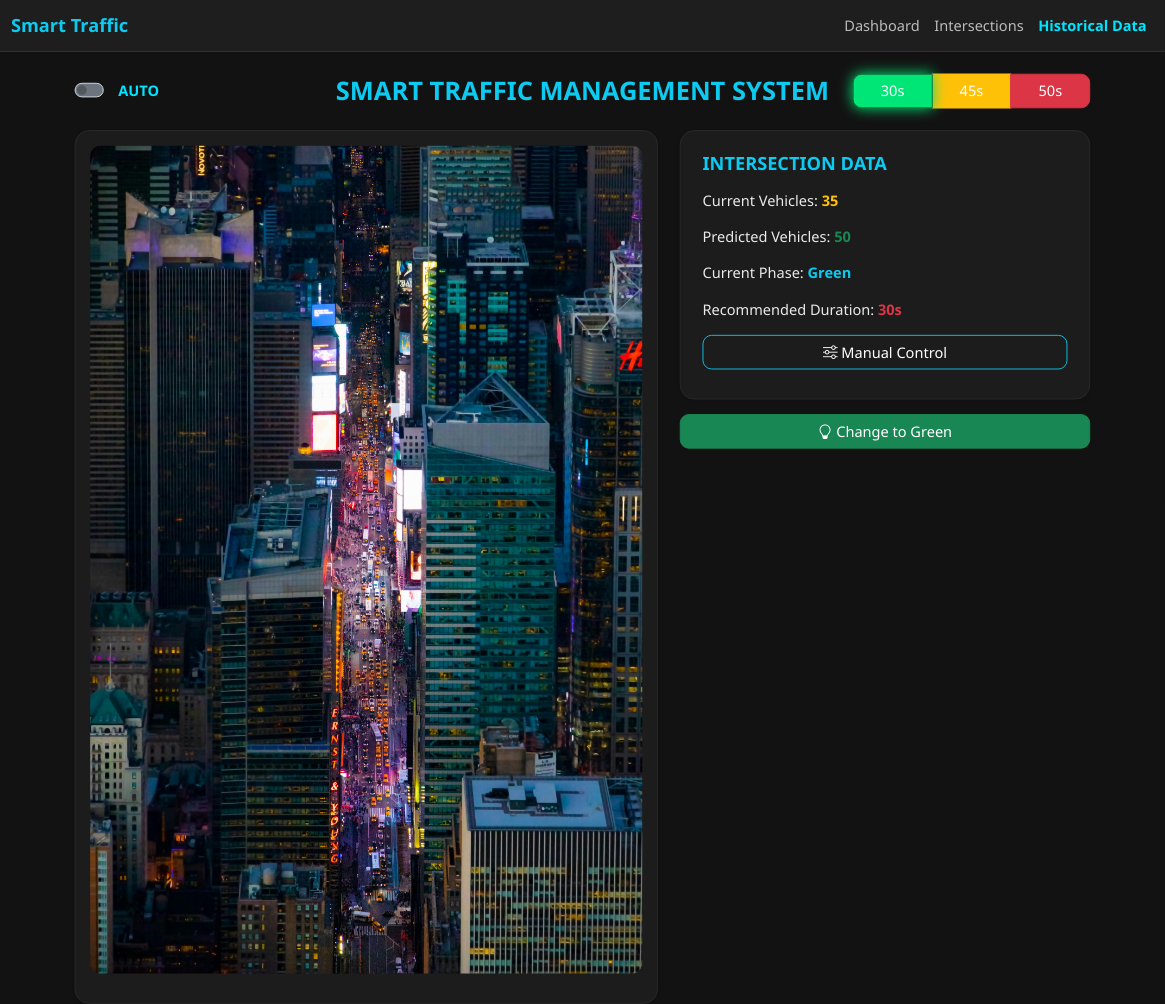
Repository: ayushkrpal/traffic-dashboard
Page: http://localhost/intersections
These files come from the project's save history. The page is drawn as it stood at one moment and after the next save; the edit follows.
The browser window is 1280 px wide. The pictures show the whole page, at 91% of full size.
The page is served by the project's Node server (server.js). Other server files are loaded and not shown.

Above is the page before, as saved 2025-09-02 15:56:50.

### views/intersections.ejs
<!DOCTYPE html>
<html lang="en">
<head>
  <meta charset="UTF-8">
  <title>Intersections</title>
  <link href="https://cdn.jsdelivr.net/npm/bootstrap@5.3.0/dist/css/bootstrap.min.css" rel="stylesheet">
  <link href="https://cdn.jsdelivr.net/npm/bootstrap-icons/font/bootstrap-icons.css" rel="stylesheet">

  <style>
    body {
      background-color: #121212;
      color: #eaeaea;  /* brighter text */
      font-family: 'Segoe UI', sans-serif;
    }

    /* Navbar */
    .navbar {
      background: #1e1e1e;
      border-bottom: 1px solid #333;
    }
    .navbar-brand {
      font-weight: bold;
    }
    .nav-link {
      color: #bbb !important;
      transition: color 0.2s ease;
    }
    .nav-link:hover {
      color: #ffffff !important;
    }
    .nav-link.active {
      color: #00e5ff !important;
      font-weight: bold;
    }

    /* Cards */
    .card {
      background: #1c1c1c;
      border-radius: 16px;
      border: 1px solid #2a2a2a;
      box-shadow: 0 4px 20px rgba(0,0,0,0.7);
      color: #eaeaea;
    }

    /* Intersection image */
.intersection-img {
  height: 100%;          /* card takes full height */
  display: flex;         /* center the image */
  align-items: center;
  justify-content: center;
}

.intersection-img img {
  width: 100%;           /* fill card’s width */
  height: 100%;          /* fill card’s height */
  object-fit: cover;     /* cover the card while preserving aspect ratio */
  border-radius: 12px;   /* match card corners */
  transition: transform 0.3s ease;
}

.intersection-img img:hover {
  transform: scale(1.02); /* subtle zoom */
}




    /* Buttons */
    .btn-custom {
      border-radius: 10px;
      transition: all 0.3s ease;
      font-weight: 500;
      color: #fff !important;
    }
    .btn-custom:hover {
      transform: translateY(-2px);
      box-shadow: 0 6px 16px rgba(0,0,0,0.6);
    }

    /* Signal buttons */
    .btn-success.active {
      background: #00e676 !important;
      box-shadow: 0 0 15px #00e676;
    }
    .btn-warning.active {
      background: #ffc107 !important;   /* darker amber instead of bright yellow */
      color: #000 !important;
      box-shadow: 0 0 15px #ffc107;
    }
    .btn-danger.active {
      background: #ff1744 !important;
      box-shadow: 0 0 15px #ff1744;
    }

    /* Toggle label */
    #modeLabel {
      font-weight: bold;
    }
    #modeLabel.text-primary { color: #00e5ff !important; }
    #modeLabel.text-danger { color: #ff4081 !important; }
  </style>
</head>

<body>

  <!-- Navbar -->
  <nav class="navbar navbar-expand-lg navbar-dark">
    <div class="container-fluid">
      <a class="navbar-brand text-info" href="/">Smart Traffic</a>
      <button class="navbar-toggler" type="button" data-bs-toggle="collapse" data-bs-target="#navbarNav">
        <span class="navbar-toggler-icon"></span>
      </button>

      <div class="collapse navbar-collapse" id="navbarNav">
        <ul class="navbar-nav ms-auto">
          <li class="nav-item"><a class="nav-link" href="/">Dashboard</a></li>
          <li class="nav-item"><a class="nav-link" href="/intersections">Intersections</a></li>
          <li class="nav-item"><a class="nav-link active" href="/historical">Historical Data</a></li>
        </ul>
      </div>
    </div>
  </nav>

  <!-- Header Row -->
  <div class="container mt-4">
    <div class="row align-items-center mb-4">
      <!-- Left: Auto/Manual Toggle -->
      <div class="col-md-3 d-flex align-items-center">
        <div class="form-check form-switch">
          <input class="form-check-input bg-secondary" type="checkbox" role="switch" id="modeToggle">
          <label class="form-check-label ms-2" for="modeToggle"><span id="modeLabel" class="text-primary">AUTO</span></label>
        </div>
      </div>

      <!-- Center: Title -->
      <div class="col-md-6 text-center">
        <h3 class="fw-bold m-0 text-info">SMART TRAFFIC MANAGEMENT SYSTEM</h3>
      </div>

      <!-- Right: Signal Toggle Group -->
      <div class="col-md-3">
        <div class="btn-group w-100" role="group" aria-label="Signal Timing">
          <button type="button" class="btn btn-success btn-custom active" data-time="30">30s</button>
          <button type="button" class="btn btn-warning btn-custom" data-time="45">45s</button>
          <button type="button" class="btn btn-danger btn-custom" data-time="50">50s</button>
        </div>
      </div>
    </div>

    <!-- Content Row -->
    <div class="row">
      <!-- Left intersection graphic -->
      <div class="col-md-7">
        <div class="card p-3 text-center shadow-sm intersection-img">
          <img src="/pic/pic2.jpg"
               alt="intersection" class="img-fluid mb-3">
        </div>
      </div>

      <!-- Right intersection data -->
      <div class="col-md-5">
        <div class="card p-4 mb-3 shadow-sm">
          <h5 class="fw-bold mb-3 text-info">INTERSECTION DATA</h5>
          <p>Current Vehicles: <span class="text-warning fw-bold"><%= currentVehicles %></span></p>
          <p>Predicted Vehicles: <span class="text-success fw-bold"><%= predictedVehicles %></span></p>
          <p>Current Phase: <span class="text-info fw-bold"><%= currentPhase %></span></p>
          <p>Recommended Duration: <span class="text-danger fw-bold"><%= duration %>s</span></p>
          <a class="btn btn-outline-info w-100 btn-custom mb-2" href="/">
            <i class="bi bi-sliders"></i> Manual Control
          </a>
        </div>
        <button class="btn btn-success w-100 btn-custom">
          <i class="bi bi-lightbulb"></i> Change to Green
        </button>
      </div>
    </div>
  </div>

  <!-- Bootstrap JS -->
  <script src="https://cdn.jsdelivr.net/npm/bootstrap@5.3.0/dist/js/bootstrap.bundle.min.js"></script>

  <!-- Custom Script -->
  <script>
    const modeToggle = document.getElementById("modeToggle");
    const modeLabel = document.getElementById("modeLabel");

    modeToggle.addEventListener("change", () => {
      if (modeToggle.checked) {
        modeLabel.textContent = "MANUAL";
        modeLabel.classList.add("text-danger");
        modeLabel.classList.remove("text-primary");
      } else {
        modeLabel.textContent = "AUTO";
        modeLabel.classList.add("text-primary");
        modeLabel.classList.remove("text-danger");
      }
    });

    const signalButtons = document.querySelectorAll(".btn-group button");

    signalButtons.forEach(btn => {
      btn.addEventListener("click", () => {
        signalButtons.forEach(b => b.classList.remove("active"));
        btn.classList.add("active");

        const selectedTime = btn.getAttribute("data-time");
        console.log("Selected duration:", selectedTime + "s");
      });
    });
  </script>
</body>
</html>

### server.js
const express = require("express");
const app = express();

const path = require("path");

//sokcket io runs only on http server
//SOCKET-IO

const http=require('http');

const socketio=require('socket.io');

const server  = http.createServer(app);

const io = socketio(server);



//mongoose setup
const mongoose = require("mongoose");

// Import model
const IntersectionModel = require("./models/intersection");

// EJS setup
app.set("view engine", "ejs");
app.set("views", path.join(__dirname, "views"));



// Static files
app.use(express.static(path.join(__dirname, "public")));




io.on("connection", (socket) => {
  console.log("Client connected");

  // Client asks for data of a clicked intersection
  socket.on("getIntersectionData", (id) => {
    const fakeData = {
      id,
      name: id === 1 ? "Park Street" : id === 2 ? "Howrah Bridge" : "Salt Lake",
      currentVehicles: Math.floor(Math.random() * 50),
      predictedVehicles: Math.floor(Math.random() * 60),
      currentPhase: ["RED", "GREEN", "YELLOW"][Math.floor(Math.random() * 3)],
      duration: Math.floor(Math.random() * 60)
    };
    socket.emit("intersectionData", fakeData);
  });

  // Manual signal control
    socket.on("changeSignal", ({ id, color }) => {
    console.log(`Intersection ${id} changed to ${color}`);
    // TODO: later update database/ML/device here
  });
});


// Connect to MongoDB
mongoose.connect("mongodb://127.0.0.1:27017/traffic")
  .then(() => console.log("Connected to MongoDB"))
  .catch(err => console.error("MongoDB connection error:", err));


// ---------------- Routes ----------------

// Dashboard (Map)
app.get("/", async (req, res) => {
    res.render("index");

});

// Seed test data
app.get("/seed", async (req, res) => {
  try {
    await IntersectionModel.create([
      { id: 1, name: "Intersection A", lat: 28.61, lng: 77.21, status: "normal", volume: 1200, avgDelay: 30 },
      { id: 2, name: "Intersection B", lat: 28.62, lng: 77.22, status: "congested", volume: 2500, avgDelay: 90 }
    ]);
    res.send("Seeded sample data!");
  } catch (err) {
    console.error("Error seeding data:", err);
    res.status(500).send("Error seeding data");
  }
});

// Historical chart page
app.get("/historical", (req, res) => {
  res.render("historical", {
    labels: ["6 AM", "9 AM", "12 PM", "3 PM", "6 PM"],
    data: [50, 120, 90, 200, 150, 180],
    averageVehicles: 360,
    avgTime: "03:15"
  });
});


// Intersection details (example page)
app.get("/intersections", (req, res) => {
  res.render("intersections", {
    currentVehicles: 35,
    predictedVehicles: 50,
    currentPhase: "Green",
    duration: 30
  });
});

// ---------------- Start Server ----------------
server.listen(3000, () => {
  console.log("Server running at http://localhost:3000");
});

After the next save:
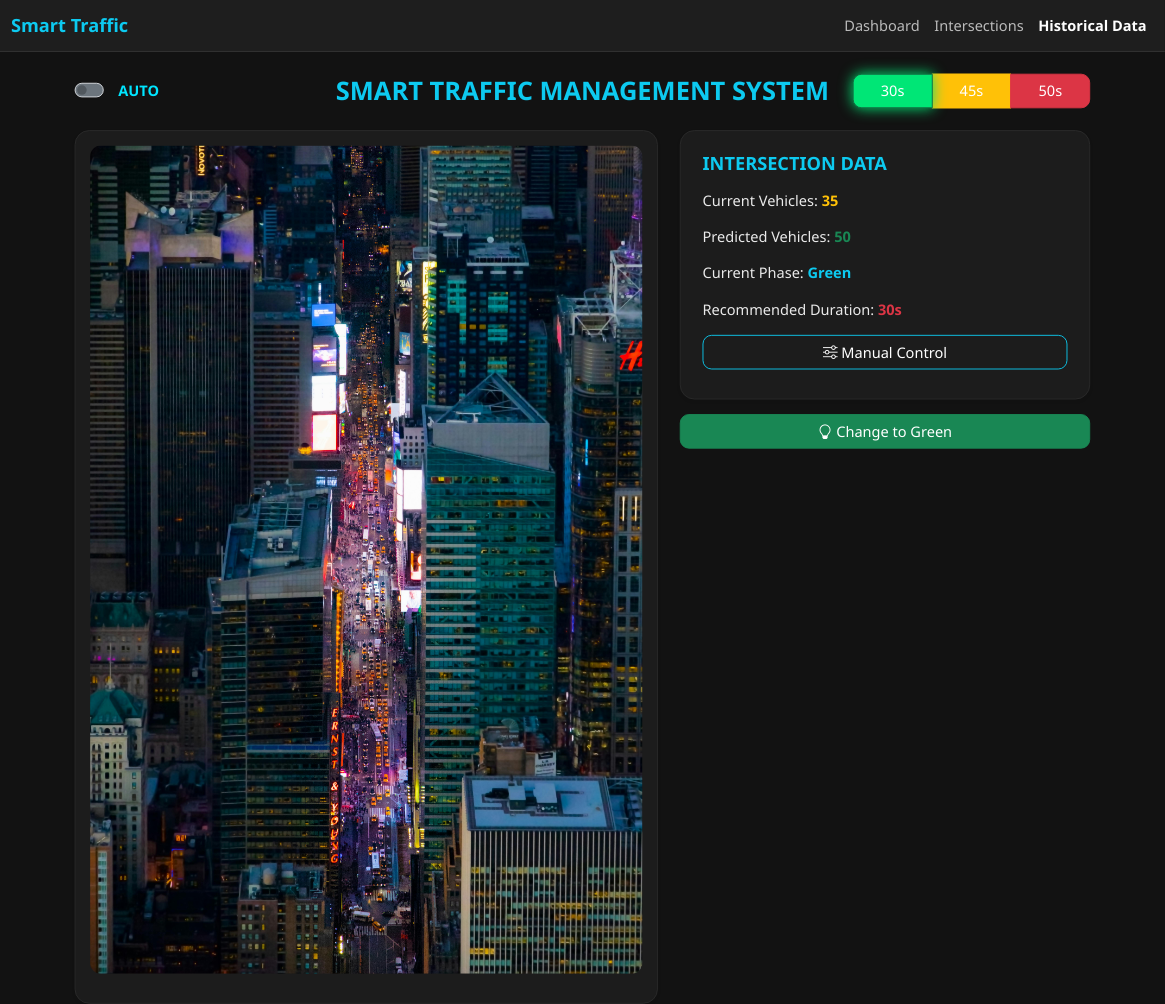
Saved 9 s later.
--- a/views/intersections.ejs
+++ b/views/intersections.ejs
@@ -29,7 +29,7 @@
       color: #ffffff !important;
     }
     .nav-link.active {
-      color: #00e5ff !important;
+      color: #ffffff !important;
       font-weight: bold;
     }
 
